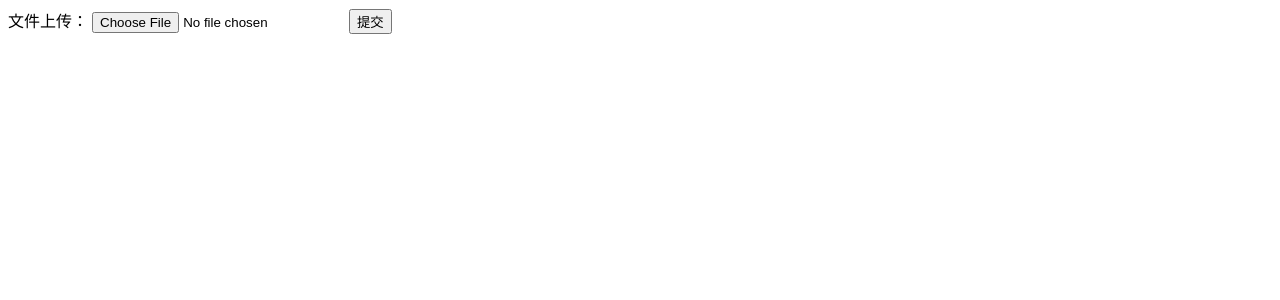
Repository: gongzheng-java/ProjectExample
Page: http://localhost/SSM/upload.jsp
An editor plug-in stored every save of this project. The page is shown before and after the next save, followed by the edit.
The browser window is 1280 px wide. The pictures show the whole page.
The page is served by Tomcat 9. Nobody is signed in. The application's start-up code is not run. Other server files are loaded and not shown.

Above is the page before, as saved 2019-03-03 07:47:15.

### SSM/src/main/webapp/upload.jsp
<%@ page language="java" contentType="text/html; charset=UTF-8"
    pageEncoding="UTF-8"%>
<!DOCTYPE html PUBLIC "-//W3C//DTD HTML 4.01 Transitional//EN" "http://www.w3.org/TR/html4/loose.dtd">
<html>
<head>
<meta http-equiv="Content-Type" content="text/html; charset=UTF-8">
<script type="text/javascript"  src="static/bootstrap/js/jquery-1.8.3.js"></script>
<script type="text/javascript"  src="static/bootstrap/js/jquery.min.js"></script>
<title>文件上传测试页面</title>
</head>
<body>
 <form id="myform"  method="post" >
     文件上传： <input id="aa" type="file" name="record"/>
      <input type="button" onclick="doUpload()" value="提交" />
   </form>
</body>
</div>
<script type="text/javascript">
function doUpload() {

	if(document.getElementById("aa").value == null || document.getElementById("aa").value == ""){
	        alert("请选择上传文件");
	        return
	}
    var formData = new FormData($( "#myform" )[0]);
     alert(formData);
    $.ajax({
         url: 'upload/fileupload' ,
         type: 'POST',
         data: formData,
         async: false,
         cache: false,
         contentType: false,
         processData: false,
         success: function (returndata) {
             alert("上传成功！！！");
         },
         error: function (returndata) {
             alert("上传失败");
         }
    });
}
</script>
</html>

Loaded but not shown: SSM/src/main/webapp/static/bootstrap/js/jquery-1.8.3.js (library); SSM/src/main/webapp/static/bootstrap/js/jquery.min.js (library)

After the next save:
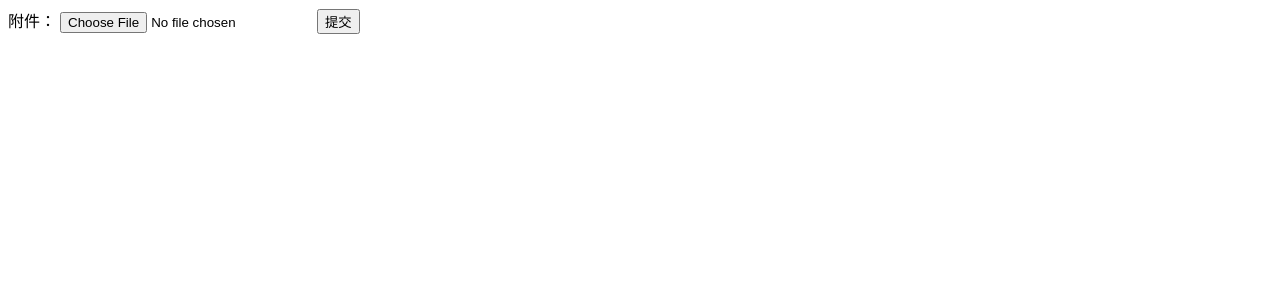
Saved 89 s later.
--- a/SSM/src/main/webapp/upload.jsp
+++ b/SSM/src/main/webapp/upload.jsp
@@ -10,7 +10,7 @@
 </head>
 <body>
  <form id="myform"  method="post" >
-     文件上传： <input id="aa" type="file" name="record"/>
+     附件： <input id="aa" type="file" name="record"/>
       <input type="button" onclick="doUpload()" value="提交" />
    </form>
 </body>
